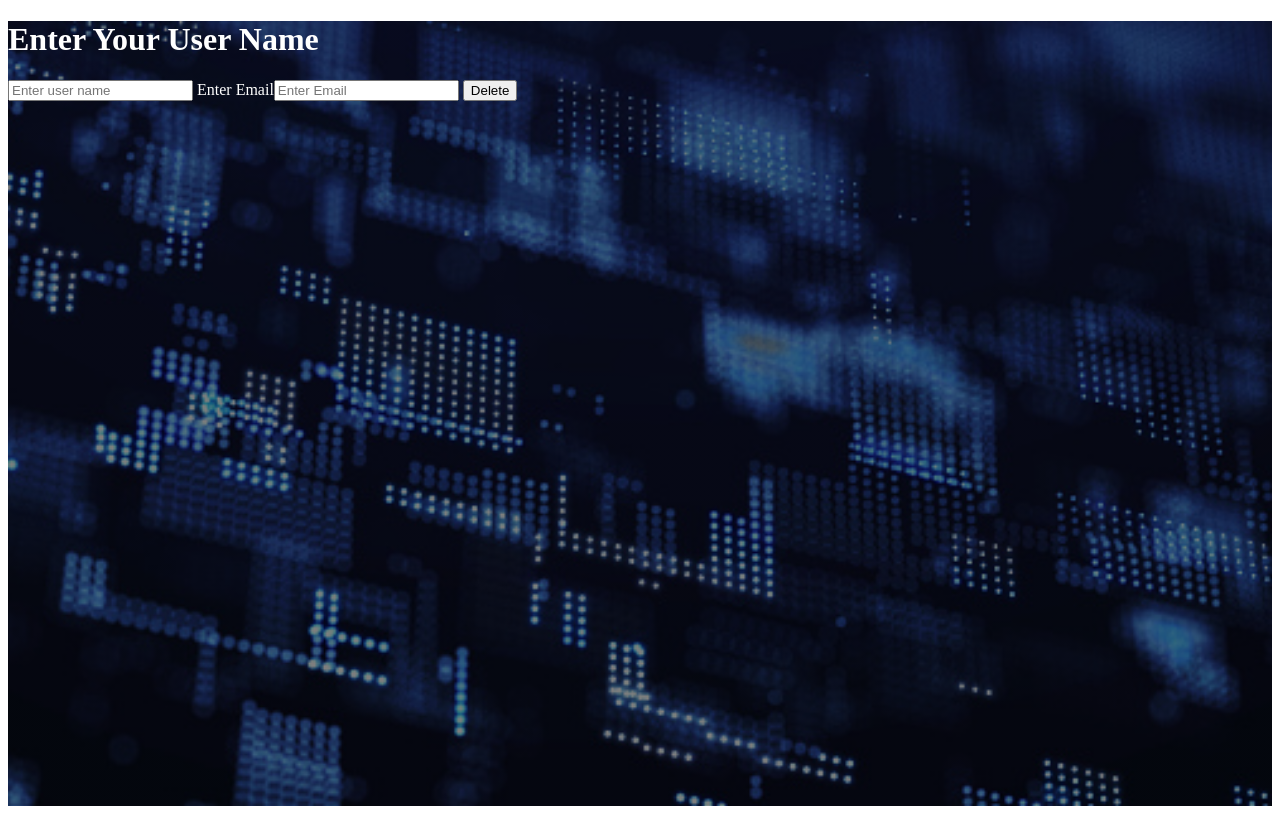
Repository: sainath0323/Website-design-using-J2EE
Page: AdvanceJavaApplication/src/main/webapp/delete.html
The author's editor kept a copy of each file at every save. The page is drawn from the files as they stood at one save, then again after the next save.
The browser window is 1280 px wide. The pictures show the whole page.

Above is the page before, as saved 2023-04-28 07:14:05.

### AdvanceJavaApplication/src/main/webapp/delete.html
<!DOCTYPE html>
<html>
<head>
<style >

table{
margin: auto;
text-align: center;
}
.container{
  width: 100%;
    background:linear-gradient(to top,rgba(0,0,0,0.5)50%,rgba(0,0,0,0.5)50%),url(websiteimage.jpg)50%;
    background-position: center;
    background-size: cover;
    height: 109vh;
    color: white;
    }
</style>
</head>
<body>
<div class="container">
<form method="get" action="DeleteServlet">
<h1>Enter Your User Name </h1> <input type="text"   name="user"  placeholder="Enter user name"/>
Enter Email<input type="text"  name="email" placeholder="Enter Email"/>
<input type="submit"  value="Delete"/>
</form>
</div>
</body>
</html>

After the next save:
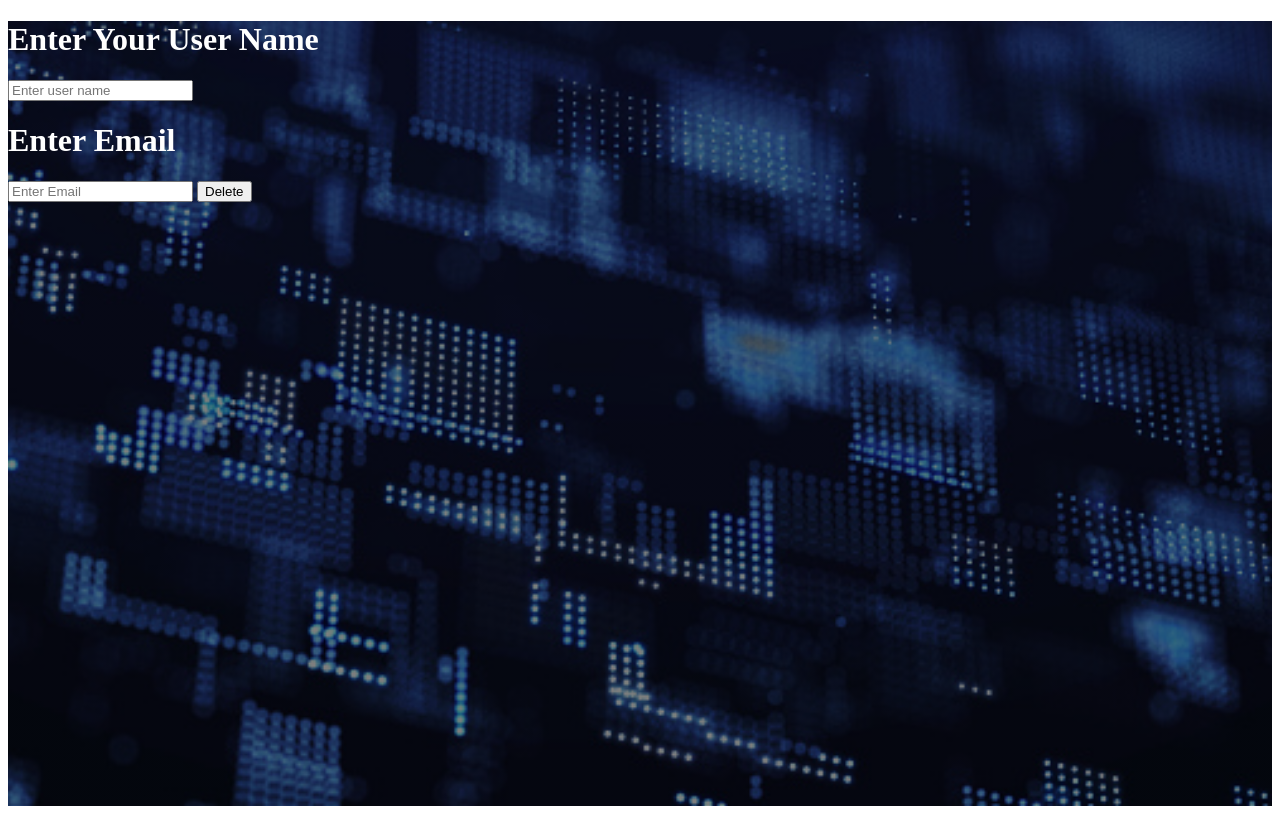
Saved 15 s later.
--- a/AdvanceJavaApplication/src/main/webapp/delete.html
+++ b/AdvanceJavaApplication/src/main/webapp/delete.html
@@ -21,7 +21,8 @@
 <div class="container">
 <form method="get" action="DeleteServlet">
 <h1>Enter Your User Name </h1> <input type="text"   name="user"  placeholder="Enter user name"/>
-Enter Email<input type="text"  name="email" placeholder="Enter Email"/>
+<h1>Enter Email </h1>
+<input type="text"  name="email" placeholder="Enter Email"/>
 <input type="submit"  value="Delete"/>
 </form>
 </div>
